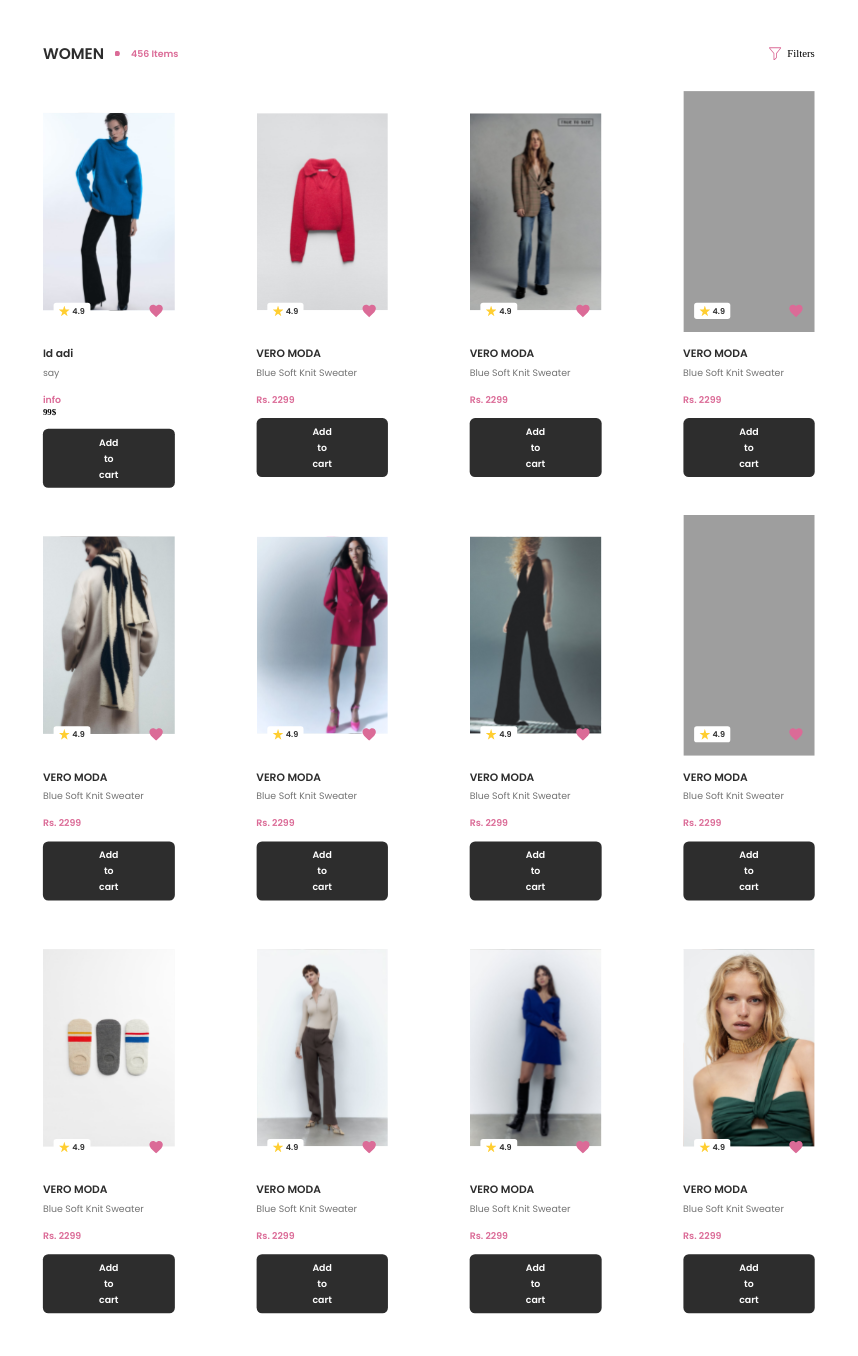
Repository: NatiqSamiyev/E-commerce-vebsite
Page: pages/shopPage/index.html
An editor plug-in stored every save of this project. The page is shown before and after a run of saves, followed by the edit.
The browser window is 1280 px wide. The pictures show the whole page, at 67% of full size.
Pictures or frames that could not be fetched are drawn as grey boxes. Some web fonts or font styles are not loaded; a fallback is used. The style sheet was rebuilt from its Sass, Less or Tailwind sources for each picture, by a compiler version that may differ from the author's.

Above is the page before, as saved 2023-12-09 11:51:36.

After the next 2 saves:
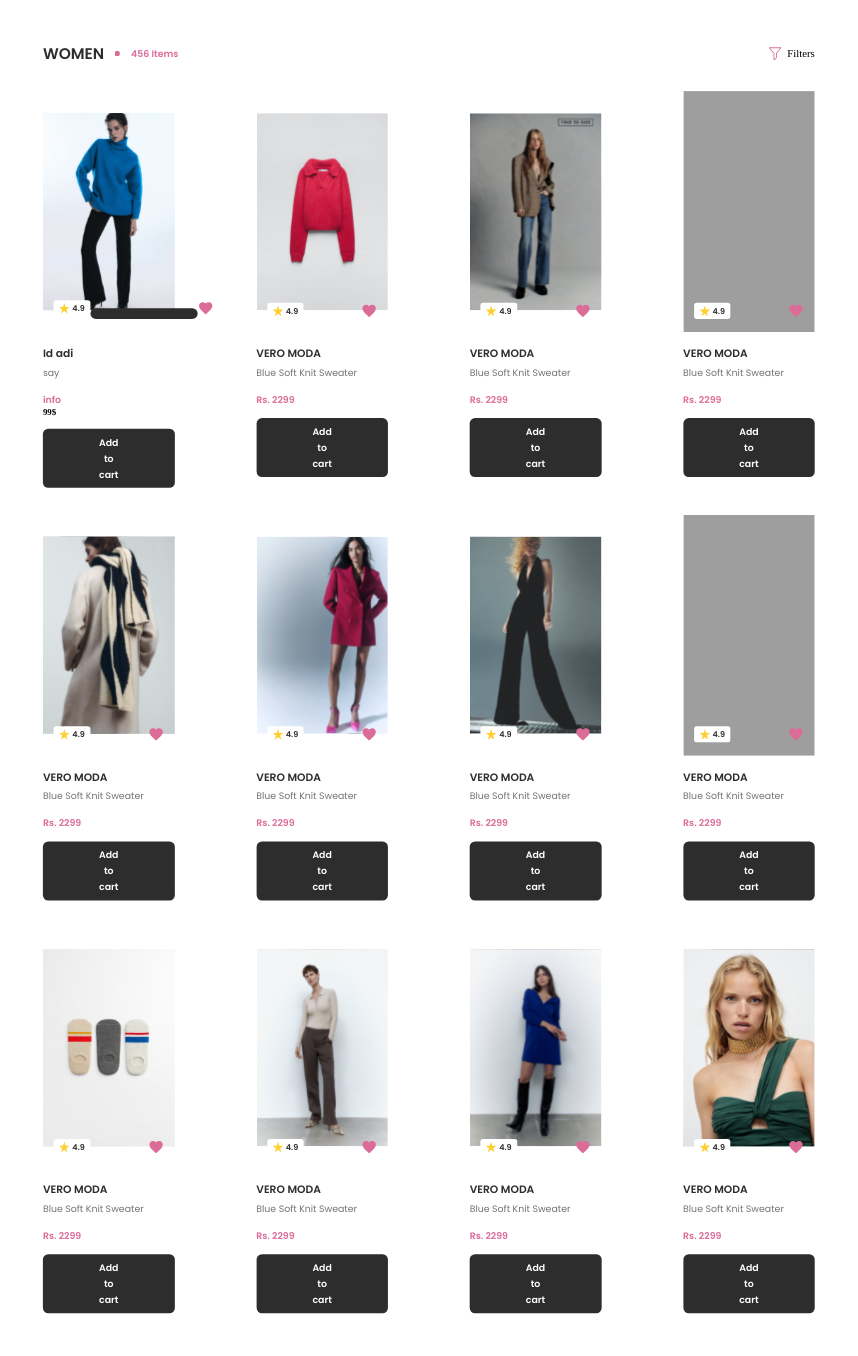
The 2 saves are shown as one change because they came seconds apart.
The last was saved 76 s later.
--- a/pages/shopPage/index.html
+++ b/pages/shopPage/index.html
@@ -35,7 +35,7 @@
                 />
                 <p>4.9</p>
               </div>
-
+<button class="no-fav-btn"></button>
               <img
                 class="image-3"
                 src="../../assets/image/mdi_cards-heart.svg"
